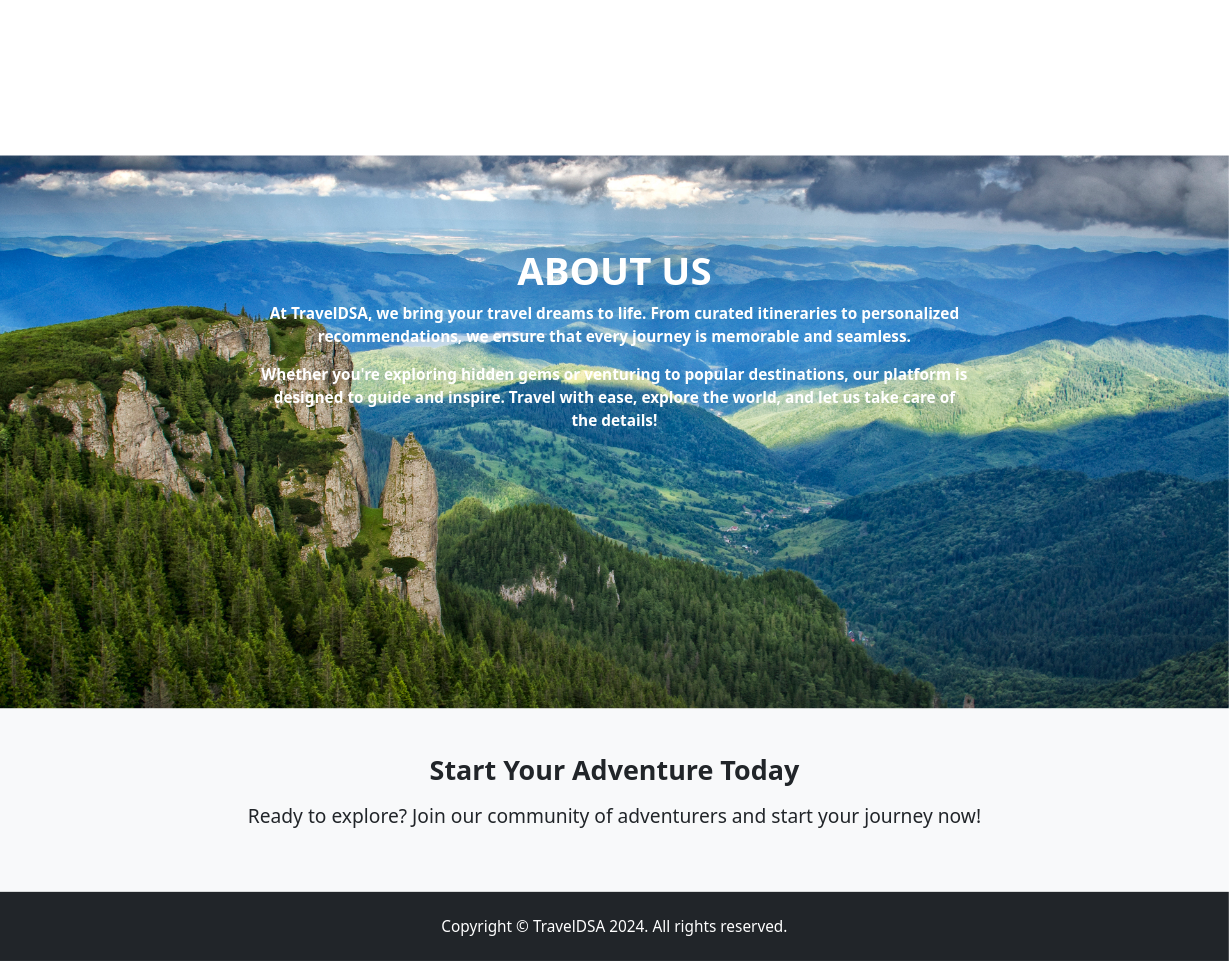
Repository: bettowww/TravelDSA
Page: /home
An editor plug-in stored every save of this project. The page is shown before and after the next save, followed by the edit.
The browser window is 1280 px wide. The pictures show the whole page, at 96% of full size.
The project was rebuilt for these pictures with package versions that can differ from the ones it lists, and the page was loaded fresh each time. The framework's server and built-in components were replaced by stand-ins that run in the browser. Also part of the build but not shown: next.config.mjs.

Above is the page before, as saved 2024-12-10 13:56:00.

### app/home/page.jsx
"use client";

// import React, { useState } from "react";
// import { useRouter } from "next/navigation";

import "../../styles/home.css"; // Importă stilurile CSS
import "bootstrap/dist/css/bootstrap.min.css"; // Import Bootstrap CSS

const HomePage = () => {
  // const router = useRouter(); // Pentru navigare

  return (
    <div>
      {/* Header Section */}
      <header>
        <div className="text-center my-5">

          <h1 className="text-white fs-3 fw-bolder">Welcome to TravelDSA</h1>
          <p className="text-white-50 mb-0">
            Your trusted travel companion for exploring the world.
          </p>
        </div>
      </header>

      {/* About Us Section */}
      <section
        className="py-5 about-us-section"
        style={{
          backgroundImage: `url("/pictures/homepage.jpg")`,
          backgroundSize: "cover",
          backgroundPosition: "center",
          backgroundRepeat: "no-repeat",
          color: "#fff",
          padding: "80px 20px", // Increase padding for larger content area
          minHeight: "80vh", // Ensure the section spans at least the full height of the viewport
        }}
      >
        <div className="container my-5">
          <div className="row justify-content-center">
            <div className="col-lg-8 text-center">
              <h2 className="text-white display-6 fw-bold text-uppercase">About Us</h2>
              <p className="fw-bold">
                At TravelDSA, we bring your travel dreams to life. From curated
                itineraries to personalized recommendations, we ensure that
                every journey is memorable and seamless.
              </p>
              <p className="fw-bold">
                Whether you're exploring hidden gems or venturing to popular
                destinations, our platform is designed to guide and inspire.
                Travel with ease, explore the world, and let us take care of the
                details!
              </p>
            </div>
          </div>
        </div>
      </section>


      {/* Call to Action Section */}
      <section className="py-5 bg-light">
        <div className="container text-center">
          <h3 className="fw-bold mb-3">Start Your Adventure Today</h3>
          <p className="lead">
            Ready to explore? Join our community of adventurers and start your
            journey now!
          </p>
        </div>
      </section>

      {/* Footer */}
      <footer className="py-4 bg-dark">
        <div className="container">
          <p className="m-0 text-center text-white">
            Copyright &copy; TravelDSA 2024. All rights reserved.
          </p>
        </div>
      </footer>
    </div>
  );
};

export default HomePage;

Loaded but not shown: styles/home.css (library)

After the next save:
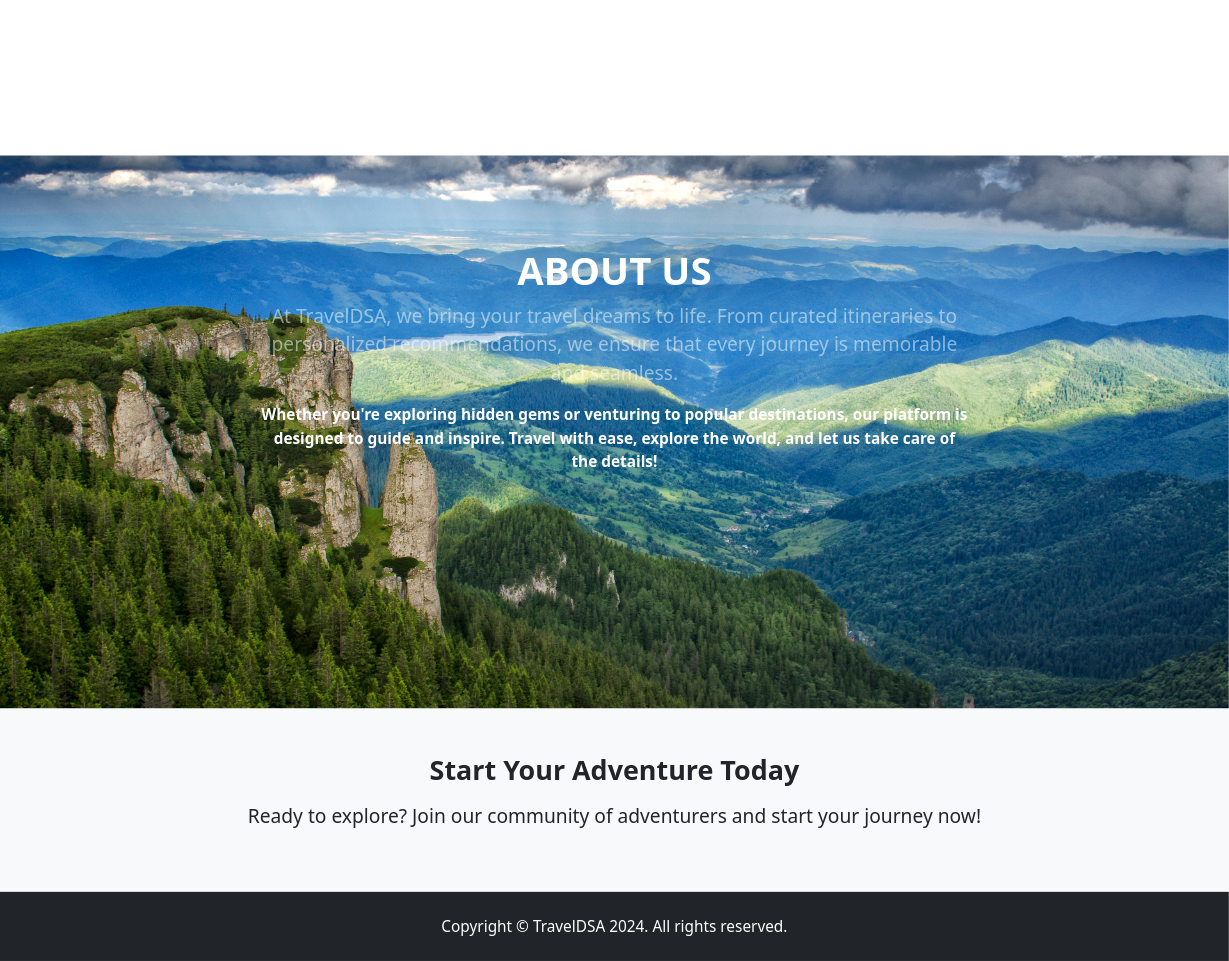
Saved 13 s later.
--- a/app/home/page.jsx
+++ b/app/home/page.jsx
@@ -39,7 +39,7 @@ const HomePage = () => {
           <div className="row justify-content-center">
             <div className="col-lg-8 text-center">
               <h2 className="text-white display-6 fw-bold text-uppercase">About Us</h2>
-              <p className="fw-bold">
+              <p className="text-white-50 lead">
                 At TravelDSA, we bring your travel dreams to life. From curated
                 itineraries to personalized recommendations, we ensure that
                 every journey is memorable and seamless.
